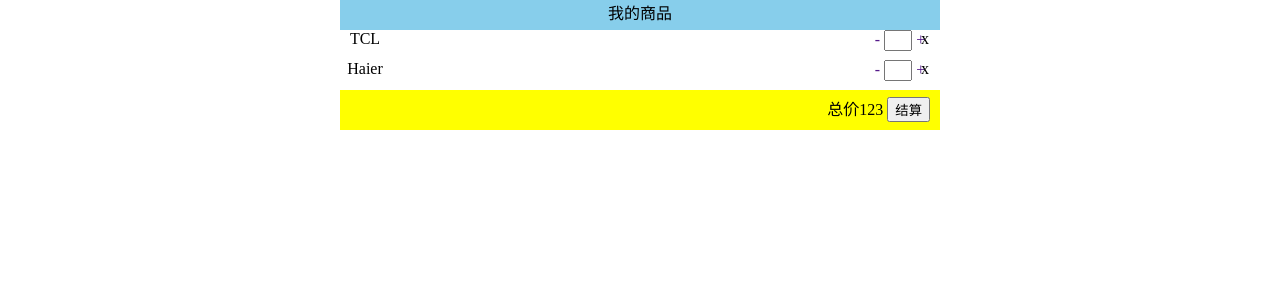
Repository: R1Deemo/Vue
Page: 10购物车.html
The author's editor kept a copy of each file at every save. The page is drawn from the files as they stood at one save, then again after the next save.
The browser window is 1280 px wide. The pictures show the whole page.

Above is the page before, as saved 2022-11-14 15:37:06.

### 10购物车.html
<!DOCTYPE html>
<html lang="en">

<head>
    <meta charset="UTF-8">
    <meta http-equiv="X-UA-Compatible" content="IE=edge">
    <meta name="viewport" content="width=device-width, initial-scale=1.0">
    <title>Document</title>
    <link rel="stylesheet" href="/css/购物车.css">
</head>

<body>
    <div id="app">
        <div class="container">
            <my-cart></my-cart>
        </div>
    </div>
    <script src="https://cdn.jsdelivr.net/npm/vue/dist/vue.js"></script>
    <script>
        var CartTitle = {
            template: `<div class="title">我的商品</div>`
        }
        var CartList = {
            template: `
            <div id='main'>
                <div class='item'>
                    <div class="name">TCL</div>
                    <div class="change">
                        <a href="">-</a>
                        <input type='text' class='num'/>
                        <a href="">+</a>
                    </div>
                    <div class='del'>x</div>
                </div>
                <div class='item'>
                    <div class="name">Haier</div>
                    <div class="change">
                        <a href="">-</a>
                        <input type='text' class='num'/>
                        <a href="">+</a>
                    </div>
                    <div class='del'>x</div>
                </div>
            </div>`

        }
        var CartTotal = {
            template: ` <div class="total">
                <div id='foot'><span>总价123</span>
                    <button>结算</button></div>

                </div>`
        }
        Vue.component('my-cart', {
            template: `
            <div  class="cart">
                <cart-title></cart-title>
                <cart-list></cart-list>
                <cart-total></cart-total>
                </div>
            `,
            components: {
                'cart-title': CartTitle,
                'cart-list': CartList,
                'cart-total': CartTotal,

            }
        })
        var vm = new Vue({
            el: '#app',
            data: {

            }
        })
    </script>
</body>

</html>

### css/购物车.css
body,
html {
    margin: 0;
    padding: 0;
}

.title {
    background-color: skyblue;
    height: 30px;
}

.container {
    margin: 0 auto;
    text-align: center;
}

.del {
    position: absolute;
    right: 10px;
    width: 10px;
}

.change {
    float: right;
    width: 80px;
}

a {
    text-decoration: none;
}

.num {
    width: 20px;
}

.name {
    float: left;
    width: 50px;
}

.cart {
    width: 600px;
    height: 200px;
    margin: 0 auto;
}

.item {
    height: 30px;
    position: relative;
}

.total {
    background-color: yellow;
    width: 100%;
    height: 40px;
    position: relative;
}

#foot {
    position: absolute;
    right: 10px;
    line-height: 40px;
}

After the next save:
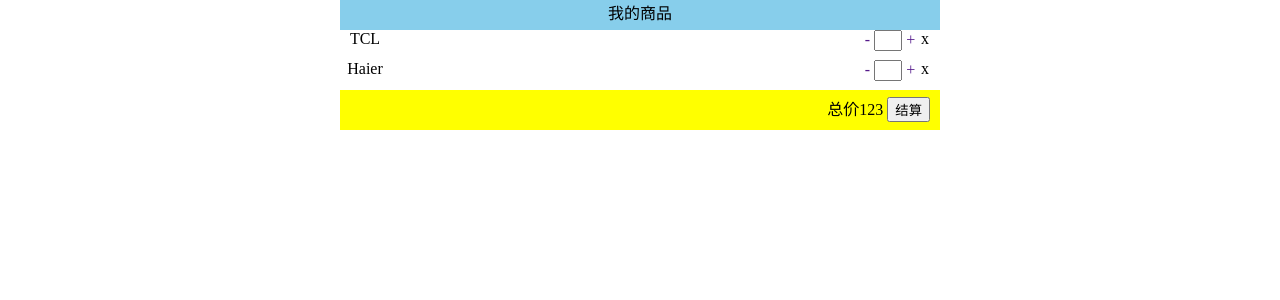
Saved 15 s later.
--- a/css/购物车.css
+++ b/css/购物车.css
@@ -23,6 +23,7 @@ html {
 .change {
     float: right;
     width: 80px;
+    padding-right: 10px;
 }
 
 a {
